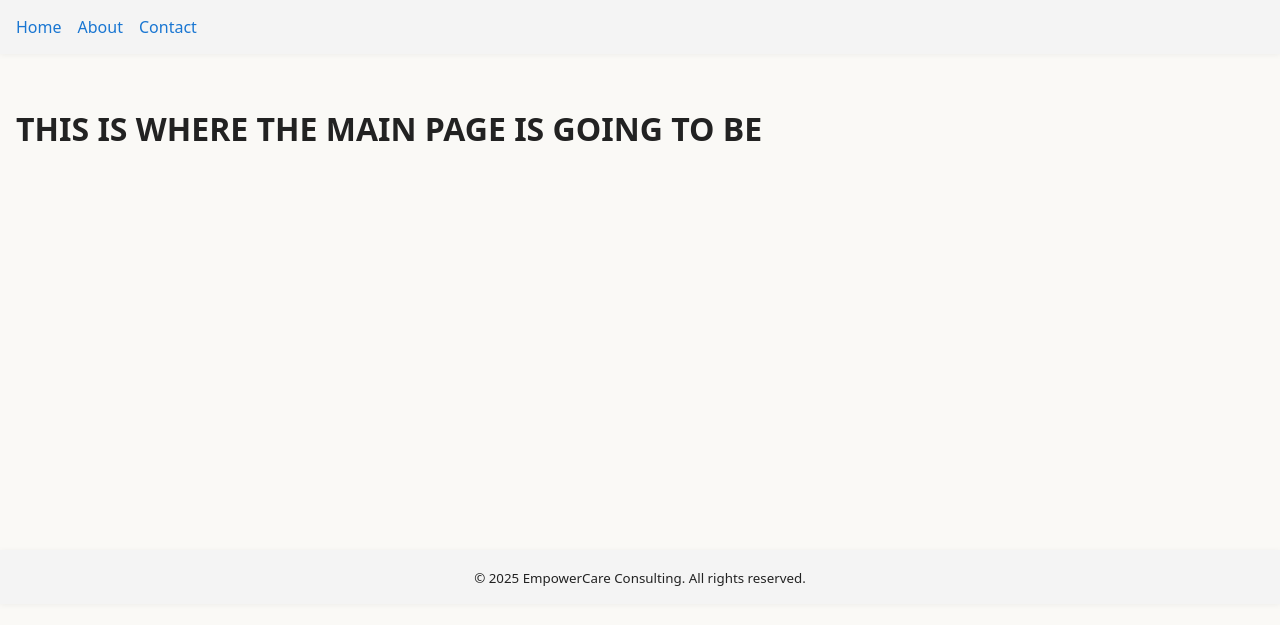
Repository: mcamarco/empowercare
Page: /
An editor plug-in stored every save of this project. The page is shown before and after the next save, followed by the edit.
The browser window is 1280 px wide. The pictures show the whole page.
The project was rebuilt for these pictures with package versions that can differ from the ones it lists, and the page was loaded fresh each time. The framework's server and built-in components were replaced by stand-ins that run in the browser. Also part of the build but not shown: next.config.ts.

Above is the page before, as saved 2025-05-16 15:35:14.

After the next save:
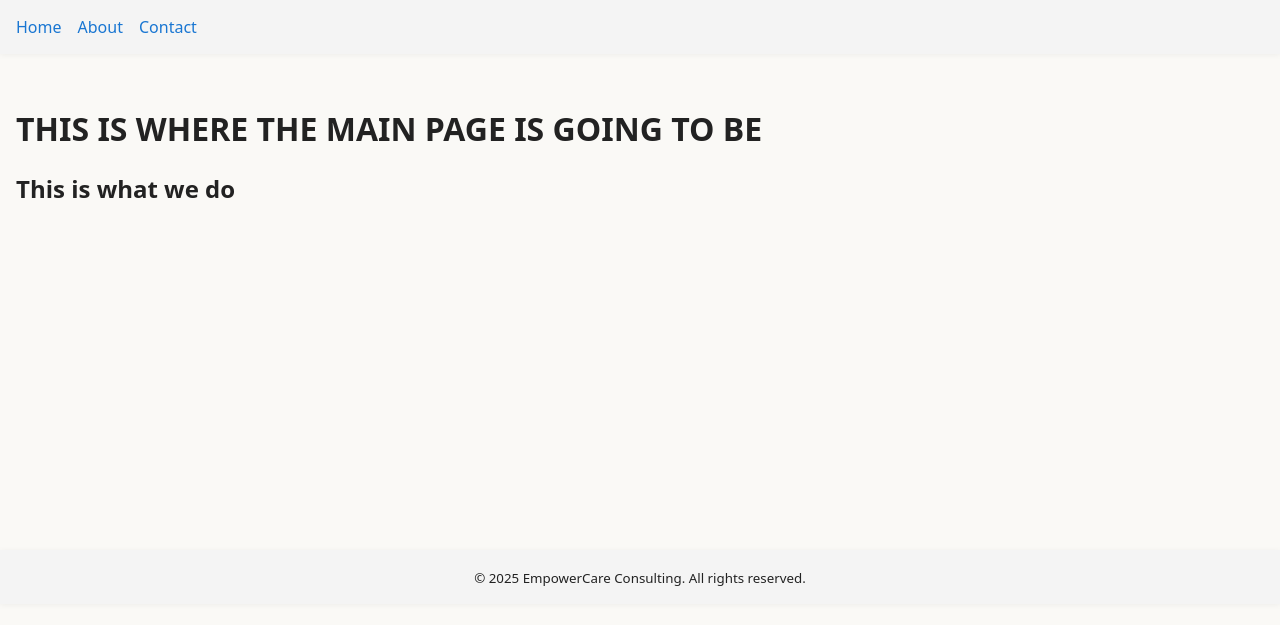
Saved 32 s later.
--- a/src/app/page.tsx
+++ b/src/app/page.tsx
@@ -2,7 +2,7 @@ export default function Home() {
   return (
     <main>
       <h1>THIS IS WHERE THE MAIN PAGE IS GOING TO BE </h1>
-      <h2> </h2>
+      <h2> This is what we do </h2>
     </main>
   );
 }
